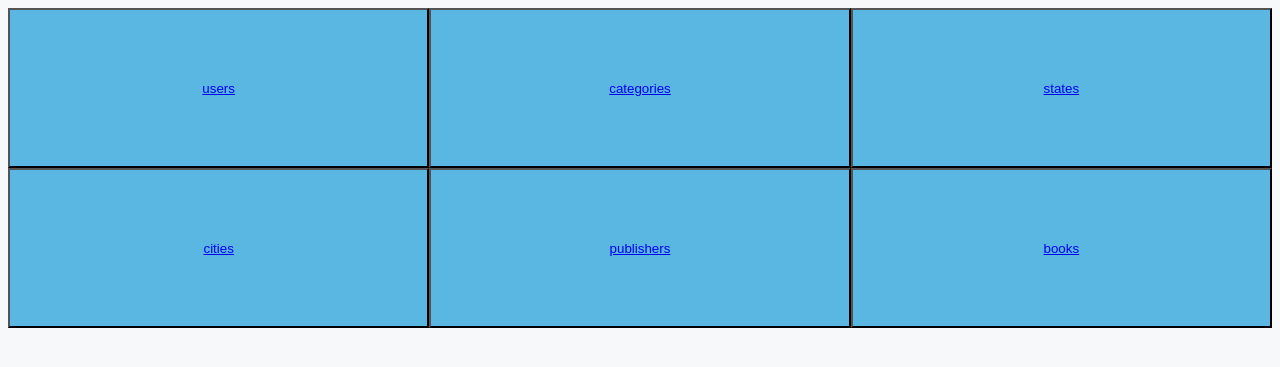
Repository: fontanive12/Biblioteca
Page: front/paginaInicial.html
An editor plug-in stored every save of this project. The page is shown before and after the next save, followed by the edit.
The browser window is 1280 px wide. The pictures show the whole page.

Above is the page before, as saved 2022-09-05 17:44:21.

### front/paginaInicial.html
<!DOCTYPE html>
<html lang="en">

<head>
    <meta charset="UTF-8">
    <meta http-equiv="X-UA-Compatible" content="IE=edge">
    <meta name="viewport" content="width=device-width, initial-scale=1.0">
    <link rel="stylesheet" href="styles.css">

    <title>Initial page</title>
</head>

<body>
    <div class="container">
        <div class="containerButtons">
            <button class="buttonMenu"><a href="users.html" class="users">users</a></button>
            <button class="buttonMenu"><a href="categories.html" class="categories">categories</a></button>
            <button class="buttonMenu"><a href="states.html" class="states">states</a></button>
        </div>
        <div class="containerButtons">
            <button class="buttonMenu"><a href="cities.html" class="states">cities</a></button>
            <button class="buttonMenu"><a href="publishers.html" class="states">publishers</a></button>
            <button class="buttonMenu"><a href="books.html" class="states">books</a></button>
        </div>
    </div>
</body>

</html>

### front/styles.css
.bg-mynav {
  background-color: #49baef;
}

body {
  font-size: 1.25rem;
  background-color: #f6f8fa;
}

td {
  line-height: 3rem;
}

.container {}

.containerButtons {
  display: flex;
  flex-direction: row;
  justify-content: center;
  align-items: center;
}

.buttonMenu {
  width: 30rem;
  height: 10rem;
  background-color: #59b7e2;
  gap:20px
}

After the next save:
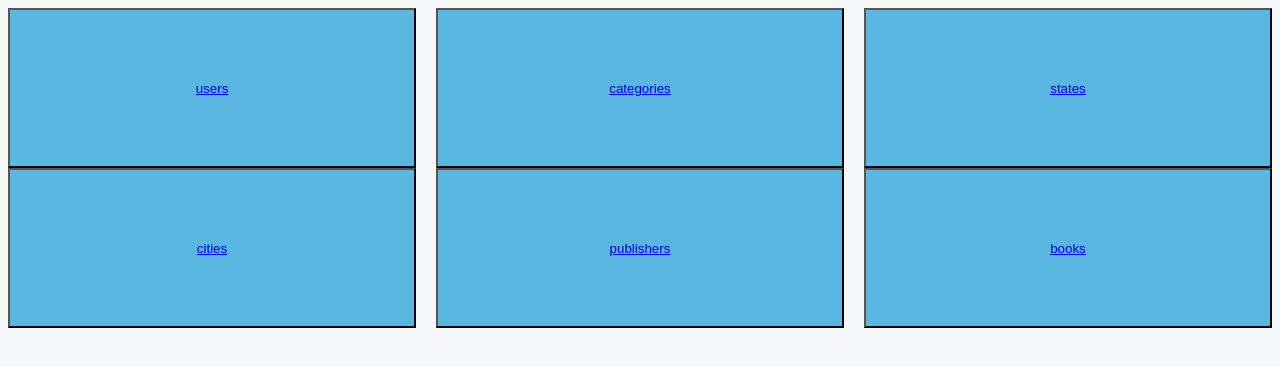
Saved 10 s later.
--- a/front/styles.css
+++ b/front/styles.css
@@ -18,6 +18,7 @@ td {
   flex-direction: row;
   justify-content: center;
   align-items: center;
+  gap:20px
 }
 
 .buttonMenu {
